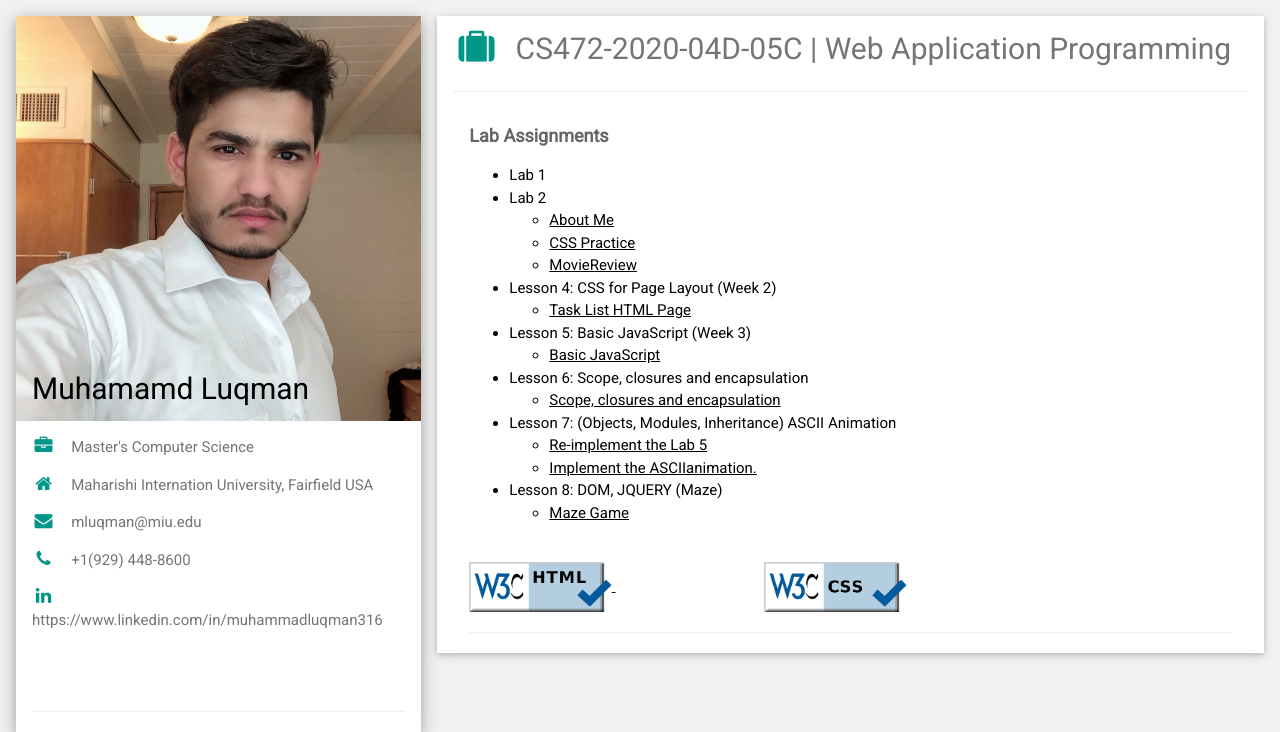
Repository: luqmang316/luqmang316.github.io
Page: index.html
An editor plug-in stored every save of this project. The page is shown before and after the next save, followed by the edit.
The browser window is 1280 px wide. The pictures show the whole page.

Above is the page before, as saved 2021-07-31 17:22:05.

### index.html
<!DOCTYPE html>
<html lang="en">
<title>Home</title>
<meta charset="UTF-8">
<meta name="viewport" content="width=device-width, initial-scale=1">
<link rel="stylesheet" href="https://www.w3schools.com/w3css/4/w3.css">
<link rel='stylesheet' href='https://fonts.googleapis.com/css?family=Roboto'>
<link rel="stylesheet" href="https://cdnjs.cloudflare.com/ajax/libs/font-awesome/4.7.0/css/font-awesome.min.css">
<style>
    html,
    body,
    h1,
    h2,
    h3,
    h4,
    h5,
    h6 {
        font-family: "Roboto", sans-serif
    }
</style>

<body class="w3-light-grey">

    <!-- Page Container -->
    <div class="w3-content w3-margin-top" style="max-width:1400px;">

        <!-- The Grid -->
        <div class="w3-row-padding">

            <!-- Left Column -->
            <div class="w3-third">

                <div class="w3-white w3-text-grey w3-card-4">
                    <div class="w3-display-container">
                        <img src="./images/luqman.jpg" style="width:100%" alt="Avatar">
                        <div class="w3-display-bottomleft w3-container w3-text-black">
                            <h2>Muhamamd Luqman</h2>
                        </div>

                    </div>
                    <div class="w3-container">
                        <p><i class="fa fa-briefcase fa-fw w3-margin-right w3-large w3-text-teal"></i>Master's Computer Science</p>
                        <p><i class="fa fa-home fa-fw w3-margin-right w3-large w3-text-teal"></i>Maharishi Internation University, Fairfield USA</p>
                        <p><i class="fa fa-envelope fa-fw w3-margin-right w3-large w3-text-teal"></i>mluqman@miu.edu</p>
                        <p><i class="fa fa-phone fa-fw w3-margin-right w3-large w3-text-teal"></i>+1(929) 448-8600</p>
                        <p><i class="fa fa-linkedin fa-fw w3-margin-right w3-large w3-text-teal"></i>https://www.linkedin.com/in/muhammadluqman316</p>
                        <br>
                        <br>
                        <hr>
                    </div>
                </div>

                <!-- End Left Column -->
            </div>

            <!-- Right Column -->
            <div class="w3-twothird">

                <div class="w3-container w3-card w3-white w3-margin-bottom">
                    <h2 class="w3-text-grey w3-padding-12"><i class="fa fa-suitcase fa-fw w3-margin-right w3-xxlarge w3-text-teal"></i>CS472-2020-04D-05C | Web Application Programming</h2>
                    <hr>

                    <div class="w3-container">
                        <h5 class="w3-opacity"><b>Lab Assignments</b></h5>

                        <ul class="menu">
                            <li> Lab 1 </li>
                            <li> Lab 2
                                <ul class="inside">
                                    <li> <a href="aboutme.html">About Me</a></li>
                                    <li> <a href="CSSPractice/index.html">CSS Practice</a></li>
                                    <li> <a href="MovieReview/tmnt.html">MovieReview </a></li>
                                </ul>
                            </li>
                            <li>Lesson 4: CSS for Page Layout (Week 2)

                                <ul class="inside">
                                    <li> <a href="Tasklist/tasklist.html">Task List HTML Page</a></li>
                                </ul>
                            </li>
                            <li>Lesson 5: Basic JavaScript (Week 3)
                                <ul class="inside">
                                    <li> <a href="BasicJavaScript/BasicJavaScript.html">Basic JavaScript</a></li>
                                </ul>
                            </li>

                            <li>Lesson 6: Scope, closures and encapsulation
                                <ul class="inside">
                                    <li> <a href="ScopeClosuresEncapsulation/ScopeClosuresEncapsulation.html">Scope, closures and encapsulation</a></li>
                                </ul>

                            </li>

                            <li>Lesson 7: (Objects, Modules, Inheritance) ASCII Animation
                                <ul class="inside">
                                    <li> <a href="ReImplementLab5/ReImplementLab5.html">Re-implement the Lab 5</a></li>
                                    <li> <a href="ASCIImation_files/ASCIImation.html">Implement the ASCIIanimation.</a></li>
                                </ul>

                            </li>

                            <li>Lesson 8: DOM, JQUERY (Maze)
                                <ul class="inside">
                                    <li> <a href="MazeGame/Maze.html">Maze Game</a></li>
                                </ul>

                            </li>

                            <!-- <li>Lab 9</li>
                            <li>Lab 10</li> -->

                        </ul>
                        <br>

                        <i class="w3-hover-opacity">
            <a href="https://validator.w3.org/check/referer">
              <img src="./images/w3chtmlvalidlogo.png" alt="W3C HTML Validator" height="50">
            </a>
            </i>
                        <i> &nbsp; &nbsp; &nbsp; &nbsp; &nbsp; &nbsp; &nbsp; &nbsp; &nbsp; &nbsp;   &nbsp; &nbsp; &nbsp; &nbsp; &nbsp; &nbsp; &nbsp; &nbsp; &nbsp; &nbsp; </i>
                        <i class="w3-hover-opacity">
            <a href="https://jigsaw.w3.org/css-validator/check/referer">
              <img src="./images/w3ccssvalidlogo.png" alt="W3C HTML Validator" height="50">
            </a>
           </i>
                        <br>
                        <hr>
                    </div>

                </div>

                <!-- End Right Column -->
            </div>

            <!-- End Grid -->
        </div>

        <!-- End Page Container -->
    </div>


</body>

</html>

After the next save:
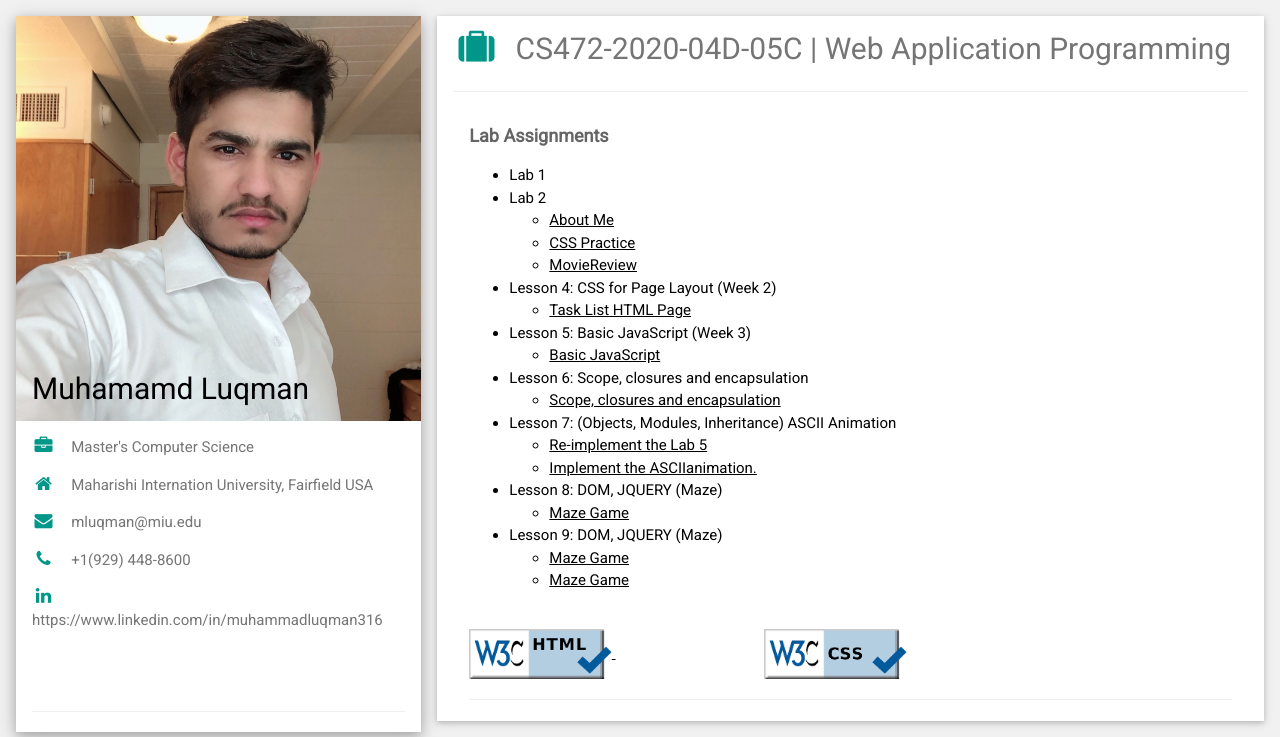
Saved 7 days later.
--- a/index.html
+++ b/index.html
@@ -106,6 +106,14 @@
 
                             </li>
 
+                            <li>Lesson 9: DOM, JQUERY (Maze)
+                                <ul class="inside">
+                                    <li> <a href="MazeGame/Maze.html">Maze Game</a></li>
+                                    <li> <a href="MazeGame/Maze.html">Maze Game</a></li>
+                                </ul>
+
+                            </li>
+
                             <!-- <li>Lab 9</li>
                             <li>Lab 10</li> -->
 
